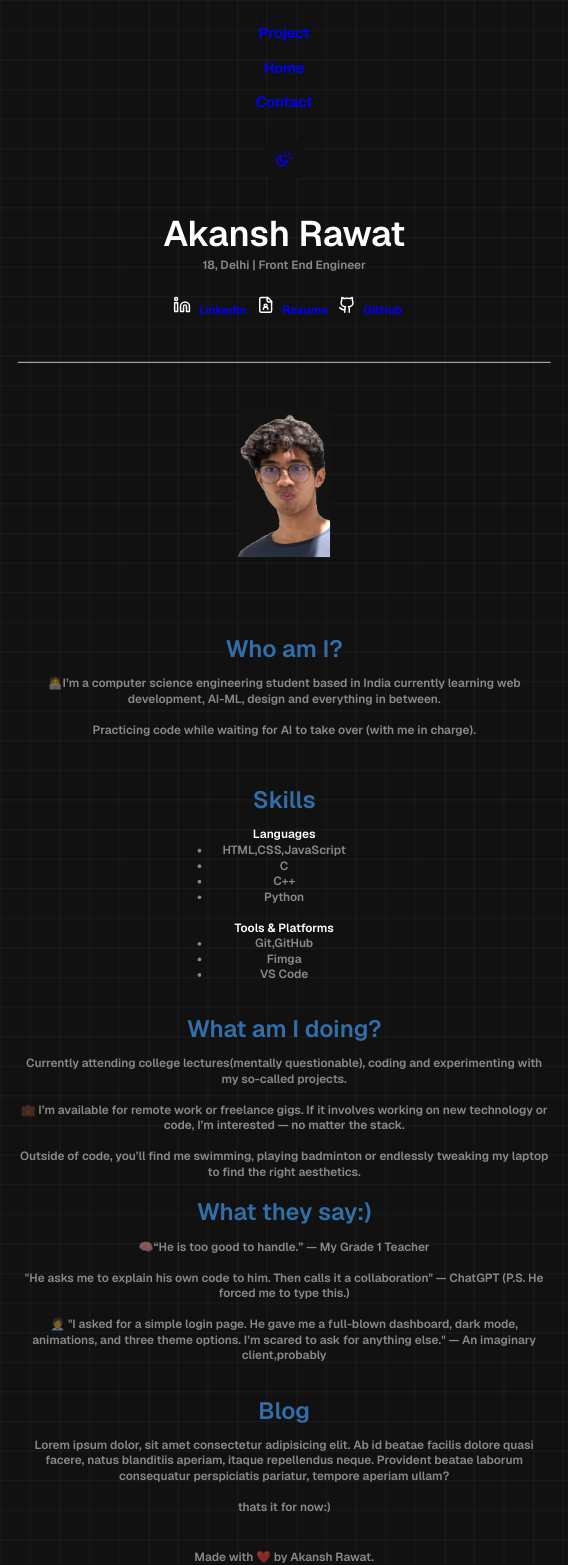
Repository: wakkawakka3/akansh-portfolio
Page: index.html
The author's editor kept a copy of each file at every save. The page is drawn from the files as they stood at one save, then again after the next save.
The browser window is 768 px wide. The pictures show the whole page, at 74% of full size.

Above is the page before, as saved 2025-07-14 18:44:28.

### index.html
<!DOCTYPE html>
<html lang="en">
  <head>
    <meta charset="UTF-8" />
    <meta name="viewport" content="width=device-width, initial-scale=1.0" />
    <title>Akansh Rawat</title>
    <link rel="stylesheet" href="style.css" />

    <link
      rel="stylesheet"
      href="https://cdnjs.cloudflare.com/ajax/libs/font-awesome/6.5.0/css/all.min.css"
    />
  </head>

  <body>
    <nav>
      <div class="navigation">
        <a href="project.html"> Project </a>
        <a href="index.html"> Home </a>
        <a href="contact.html"> Contact </a>
      </div>

      <div class="theme">
        <button>
          <svg
            xmlns="http://www.w3.org/2000/svg"
            width="24"
            height="24"
            viewBox="0 0 24 24"
            fill="none"
            stroke="currentColor"
            stroke-width="2"
            stroke-linecap="round"
            stroke-linejoin="round"
            class="lucide lucide-sun-moon-icon lucide-sun-moon"
          >
            <path d="M12 2v2" />
            <path d="M13 8.129A4 4 0 0 1 15.873 11" />
            <path d="m19 5-1.256 1.256" />
            <path d="M20 12h2" />
            <path d="M9 8a5 5 0 1 0 7 7 7 7 0 1 1-7-7" />
          </svg>
        </button>
      </div>
    </nav>

    <header>
      <h1>Akansh Rawat</h1>
      <p>18, Delhi | Front End Engineer</p>

      <div class="links">
        <a href="https://www.linkedin.com/in/akansh-rawat/" target="_blank">
          <svg
            xmlns="http://www.w3.org/2000/svg"
            width="24"
            height="24"
            viewBox="0 0 24 24"
            fill="none"
            stroke="white"
            stroke-width="2"
            stroke-linecap="round"
            stroke-linejoin="round"
            class="lucide lucide-linkedin-icon lucide-linkedin"
            style="margin: 0 10px"
          >
            <path
              d="M16 8a6 6 0 0 1 6 6v7h-4v-7a2 2 0 0 0-2-2 2 2 0 0 0-2 2v7h-4v-7a6 6 0 0 1 6-6z"
            />
            <rect width="4" height="12" x="2" y="9" />
            <circle cx="4" cy="4" r="2" />
          </svg>Linkedln
        </a>

        <a
          href="https://docs.google.com/document/d/1LXMpsQHbVlNELlHlzmizmCAFg_KoqvC19dNGiKBRQNE/edit?usp=sharing"
          target="_blank"
        >
          <svg
            xmlns="http://www.w3.org/2000/svg"
            width="24"
            height="24"
            viewBox="0 0 24 24"
            fill="none"
            stroke="white"
            stroke-width="2"
            stroke-linecap="round"
            stroke-linejoin="round"
            class="lucide lucide-file-user-icon lucide-file-user"
            style="margin: 0 10px"
          >
            <path d="M14 2v4a2 2 0 0 0 2 2h4" />
            <path d="M15 18a3 3 0 1 0-6 0" />
            <path
              d="M15 2H6a2 2 0 0 0-2 2v16a2 2 0 0 0 2 2h12a2 2 0 0 0 2-2V7z"
            />
            <circle cx="12" cy="13" r="2" />
          </svg>Resume
        </a>

        <a href="https://github.com/akansh5" target="_blank">
          <svg
            xmlns="http://www.w3.org/2000/svg"
            width="24"
            height="24"
            viewBox="0 0 24 24"
            fill="none"
            stroke="white"
            stroke-width="2"
            stroke-linecap="round"
            stroke-linejoin="round"
            class="lucide lucide-github-icon lucide-github"
            style="margin: 0 10px"
          >
            <path
              d="M15 22v-4a4.8 4.8 0 0 0-1-3.5c3 0 6-2 6-5.5.08-1.25-.27-2.48-1-3.5.28-1.15.28-2.35 0-3.5 0 0-1 0-3 1.5-2.64-.5-5.36-.5-8 0C6 2 5 2 5 2c-.3 1.15-.3 2.35 0 3.5A5.403 5.403 0 0 0 4 9c0 3.5 3 5.5 6 5.5-.39.49-.68 1.05-.85 1.65-.17.6-.22 1.23-.15 1.85v4"
            />
            <path d="M9 18c-4.51 2-5-2-7-2" />
          </svg>GitHub
        </a>
      </div>
    </header>

    <main>
      <div class="grid-container">
        <div class="image">
          <img src="attachments/profile-photo.jpg" />
        </div>

        <div class="introduction">
          <h2>Who am I?</h2>
          <p>
            🧑‍💻I’m a computer science engineering student based in India currently learning web development,
            AI-ML, design and everything in between.
            <br /><br />
            Practicing code while waiting for AI to take over (with me in
            charge).
          </p>
        </div>

        <div class="skills">
          <h2>Skills</h2>
          Languages
          <ul>
            <li>HTML,CSS,JavaScript</li>
            <li>C</li>
            <li>C++</li>
            <li>Python</li>
          </ul>
          <br />
          Tools & Platforms
          <ul>
            <li>Git,GitHub</li>
            <li>Fimga</li>
            <li>VS Code</li>
          </ul>
        </div>

        <div class="working">
          <h2>What am I doing?</h2>
          <p>
            Currently attending college lectures(mentally questionable),
            coding and experimenting with my so-called projects.
            <br /><br />
            💼 I’m available for remote work or freelance gigs. If it involves
            working on new technology or code, I’m interested — no matter the
            stack. <br /><br />
            Outside of code, you’ll find me swimming, playing badminton or
            endlessly tweaking my laptop to find the right aesthetics.
          </p>
        </div>

        <div class="testimonial">
          <h2>What they say:)</h2>
          <p>🧠“He is too good to handle.” — My Grade 1 Teacher</p>
          <br />
          <p>
            "He asks me to explain his own code to him. Then calls it a
            collaboration" — ChatGPT (P.S. He forced me to type this.)
          </p>
          <br />
          <p>
            🧑‍💼 "I asked for a simple login page. He gave me a full-blown
            dashboard, dark mode, animations, and three theme options. I’m
            scared to ask for anything else." — An imaginary client,probably
          </p>
        </div>
        <div class="blog">
          <h2>Blog</h2>
          <p>
            Lorem ipsum dolor, sit amet consectetur adipisicing elit. Ab id
            beatae facilis dolore quasi facere, natus blanditiis aperiam, itaque
            repellendus neque. Provident beatae laborum consequatur perspiciatis
            pariatur, tempore aperiam ullam?
            <br /><br />
            thats it for now:)
          </p>
        </div>
      </div>
    </main>

    <footer>
      <div class="footer-content">
        <p>Made with ❤️ by Akansh Rawat.</p>
      </div>
    </footer>
  </body>
</html>

### style.css
@font-face {
  font-family: "Geist-SemiBold";
  src: url("attachments/geist-font-1.5.0/fonts/Geist/otf/Geist-SemiBold.otf");
  font-weight: normal;
  font-style: normal;
}

* {
  margin: 0;
  padding: 0;
  box-sizing: border-box;
}

html,
body {
  height: 100%;
  display: flex;
  flex-direction: column;
  font-size: 16px;
  font-family: "Geist-SemiBold", sans-serif;
  background-color: #111;
  background-image: linear-gradient(
      to right,
      rgba(255, 255, 255, 0.03) 1px,
      transparent 3px
    ),
    linear-gradient(to bottom, rgba(255, 255, 255, 0.03) 1px, transparent 3px);
  background-size: 2.5rem 2.5rem;
  color: white;
}

h1 {
  display: inline-block;
  margin: 0 auto;
  text-align: center;
  font-size: 3rem;
  size-adjust: normal;
}

h1:hover {
  color: yellow;
  transition: color 1s ease;
}

h2 {
  font-size: 2rem;
  margin-bottom: 1rem;
  color: rgb(49, 111, 170);
}

p,
ul {
  font-size: 1rem;
  color: rgba(255, 255, 255, 0.5);
}

header {
  text-align: center;
  padding: 1.25rem;
}

nav {
  size: 2rem;
  display: flex;
  justify-content: space-between;
  align-items: center;
  flex-wrap: wrap;
  padding: 1rem;
  font-size: 1.25rem;
}

a {
  size: 2rem;
  color: blue;
  text-decoration: none;
  background-color: transparent;
}

a:hover {
  color: red;
  transition: color 1s ease;
}

nav button {
  background-color: #111;
  margin: 0.25rem;
  padding: 1rem;
}

.navigation {
  display: flex;
  padding: 1rem;
  gap: 1.25rem;
}

.theme {
  display: flex;
  align-items: center;
  justify-content: center;
}

.theme :hover {
  color: red;
  transition: color 1s ease;
}

footer {
  font-size: 1rem;
  margin: 2rem;
  text-align: center;
}

.footer-content {
  color: #8b8b8b8b;
  display: flex;
  flex-direction: column;
  margin: 2rem 0px 0px 0px;
  align-items: center;
  justify-content: center;
}

button {
  background-color: transparent;
  color: blue;
  padding: 0.625rem 1.25rem;
  border-radius: 1.5625rem;
  border: none;
  cursor: pointer;
}

.links {
  margin-top: 2rem;
}

.grid-container {
  display: grid;
  grid-template-columns: repeat(auto-fit, minmax(15rem, 1fr));
  gap: 1.5rem;
  justify-content: center;
  height: 100%;
  margin: 2.5rem auto 0;
  width: 100%;
  max-width: 45rem;
}

.grid-container .image {
  display: flex;
  justify-content: center;
  align-items: center;
  min-width: 15rem;
  min-height: 20rem;
  max-width: 100%;
  max-height: 100%;
  border-radius: 1rem;
  overflow: hidden;
}

.introduction,
.skills,
.blog,
.message,
.socials,
.location,
.project-1,
.project-2 {
  background-color: #1a1a1a;
  padding: 1.25rem;
  border: 0.125rem solid white;
  border-radius: 0.625rem;
  min-height: 20rem;
  min-width: 15rem;
  overflow: auto;
}

.image img {
  width: 100%;
  height: auto;
  max-height: 200px;
  object-fit: contain;
  border-radius: 1rem;
  display: block;
  margin: 0 auto;
}

@media (max-width: 768px) {
  .grid-container {
    grid-template-columns: 1fr;
    place-items: center;
    gap: 16px;
    border-top: 1px solid #fff;
  }

  .image,
  .introduction,
  .skills,
  .working,
  .testimonial,
  .blog {
    border: none;
    max-width: 100%;
    min-height: auto;
    background-color: transparent;
    text-align: center;
  }

  nav {
    flex-direction: column;
    gap: 0.5rem;
    align-items: center;
  }

  .navigation {
    flex-direction: column;
    align-items: center;
  }

  .theme {
    margin-top: 0.5rem;
  }
}

After the next save:
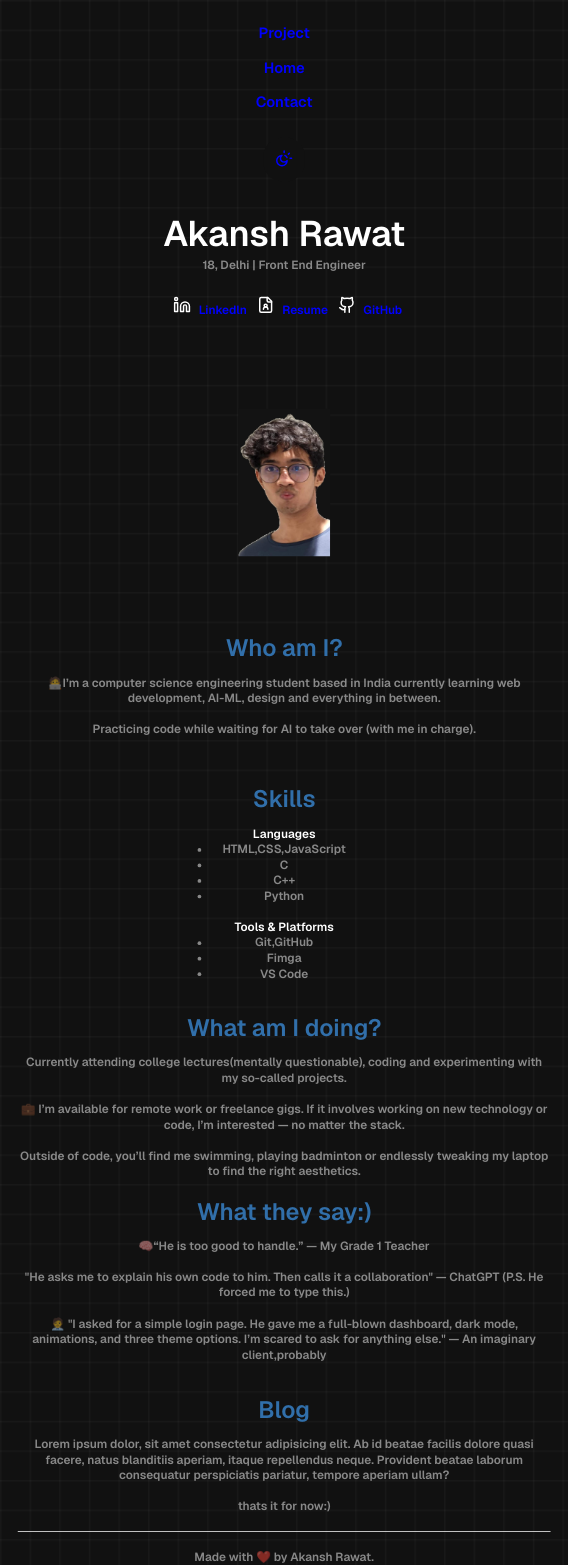
Saved 6 s later.
--- a/style.css
+++ b/style.css
@@ -187,7 +187,7 @@ button {
     grid-template-columns: 1fr;
     place-items: center;
     gap: 16px;
-    border-top: 1px solid #fff;
+    border-bottom: 1px solid #fff;
   }
 
   .image,
